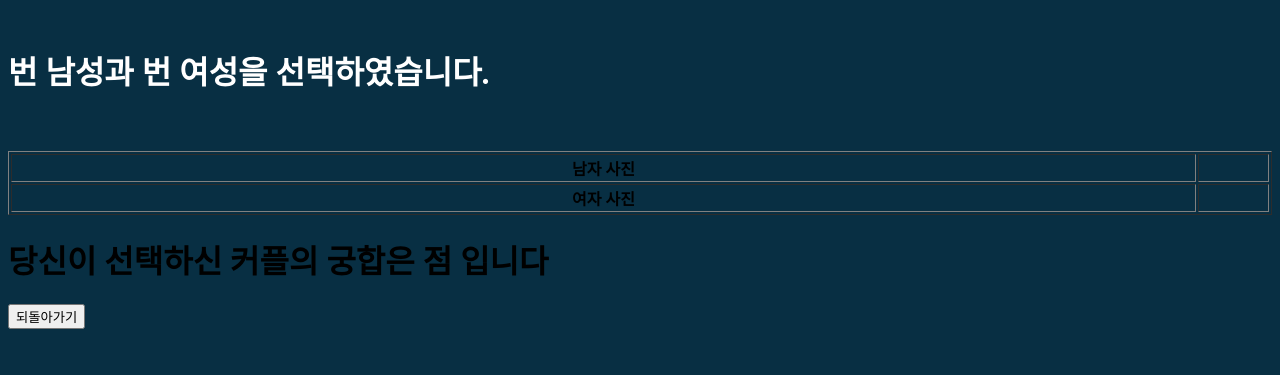
Repository: trapezer84/JSP
Page: http://localhost/AEA_Assignment/list.jsp
The author's editor kept a copy of each file at every save. The page is drawn from the files as they stood at one save, then again after the next save.
The browser window is 1280 px wide. The pictures show the whole page.
The page is served by Tomcat 9. Other server files are loaded and not shown. The template is opened directly, without the code that normally fills it, so the values that code supplies are empty.

Above is the page before, as saved 2016-02-05 00:18:51.

### AEA_Assignment/WebContent/list.jsp
<%@ page language="java" contentType="text/html; charset=UTF-8"
	pageEncoding="UTF-8"%>
<%@ taglib prefix="c" uri="http://java.sun.com/jsp/jstl/core"%>
<!DOCTYPE html>
<html>
<head>
<meta http-equiv="Content-Type" content="text/html; charset=UTF-8">
<title>Insert title here</title>
</head>
<body bgcolor="#082f43">




	<br />
	<h1 style="color: white">

	<span style="color:red">${ man }</span>번 남성과 <span style="color:red"> ${ woman }</span>번 여성을 선택하였습니다.</h1>

	<br />
	<br />


	<table border="1" style="width: 100%">
		<tr>
			<th>남자 사진</th>
			<td><c:if test="${man == 1 }">
					<img
						src="http://www.fashionseoul.com/wp-content/uploads/2014/02/20140203_TNGT_LeeJinWook-1.jpg"
						width="242" height="300" />
				</c:if> <c:if test="${man == 2 }">
					<img
						src="https://s-media-cache-ak0.pinimg.com/236x/2a/0d/40/2a0d40b832ada4ad59a0372a74af5a98.jpg"
						width="242" height="300" />
				</c:if> <c:if test="${man == 3 }">
					<img
						src="http://www.justmedia.co.kr/news/photo/201512/1105_809_2311.jpg"
						width="242" height="300" />
				</c:if> <c:if test="${man == 4 }">
					<img
						src="http://pds.joins.com/news/component/osen/201106/14/201106141123772500_1.jpg"
						width="242" height="300" />
				</c:if></td>
		</tr>

		<tr>
			<th>여자 사진</th>
			<td>
				<c:if test="${woman == 1 }">
					<img
						src="http://thestar.chosun.com/site/data/img_dir/2011/02/18/2011021800649_0.jpg"
						width="242" height="300" />
				</c:if> <c:if test="${woman == 2 }">
					<img
						src="http://www.iworldtoday.com/news/photo/201602/185426_59589_165.jpg"
						width="242" height="300"/>
				</c:if> <c:if test="${woman == 3 }">
					<img
						src="http://img.etoday.co.kr/pto_db/2015/07/600/20150729095216_684468_656_870.jpg"
						width="242" height="300" />
				</c:if> <c:if test="${woman == 4 }">
					<img
						src="https://file2.instiz.net/data/file2/2015/11/19/1/3/3/1331ca94dce6692b630b56d3acc72d41.jpg"
						width="242" height="300"/>
				</c:if>
			</td>
		</tr>

	</table>


	<div>
		<h1> 당신이 선택하신 커플의 궁합은 ${ score }점 입니다 </h1>
	</div>

	<div>
		<a href="./index.jsp"> <input type="button" value="되돌아가기" />
		</a>
	</div>

</body>
</html>

After the next save:
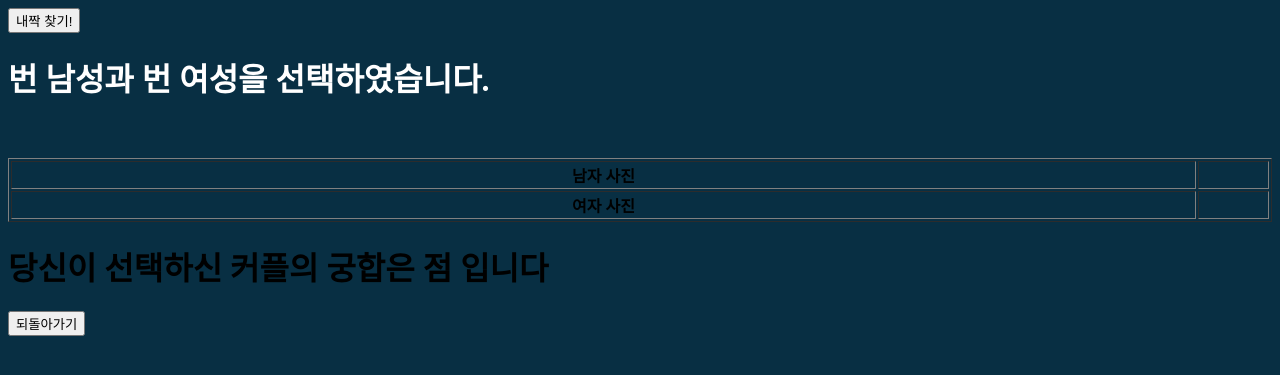
Saved 74 s later.
--- a/AEA_Assignment/WebContent/list.jsp
+++ b/AEA_Assignment/WebContent/list.jsp
@@ -9,7 +9,9 @@
 </head>
 <body bgcolor="#082f43">
 
-
+	<a href="http://www.gayeon.com/guide/event_10th.asp" target="_blank">
+		<button type="button" onclick="alert('잘 생각 하셨습니다!')">내짝 찾기!</button>
+	</a>
 
 
 	<br />
